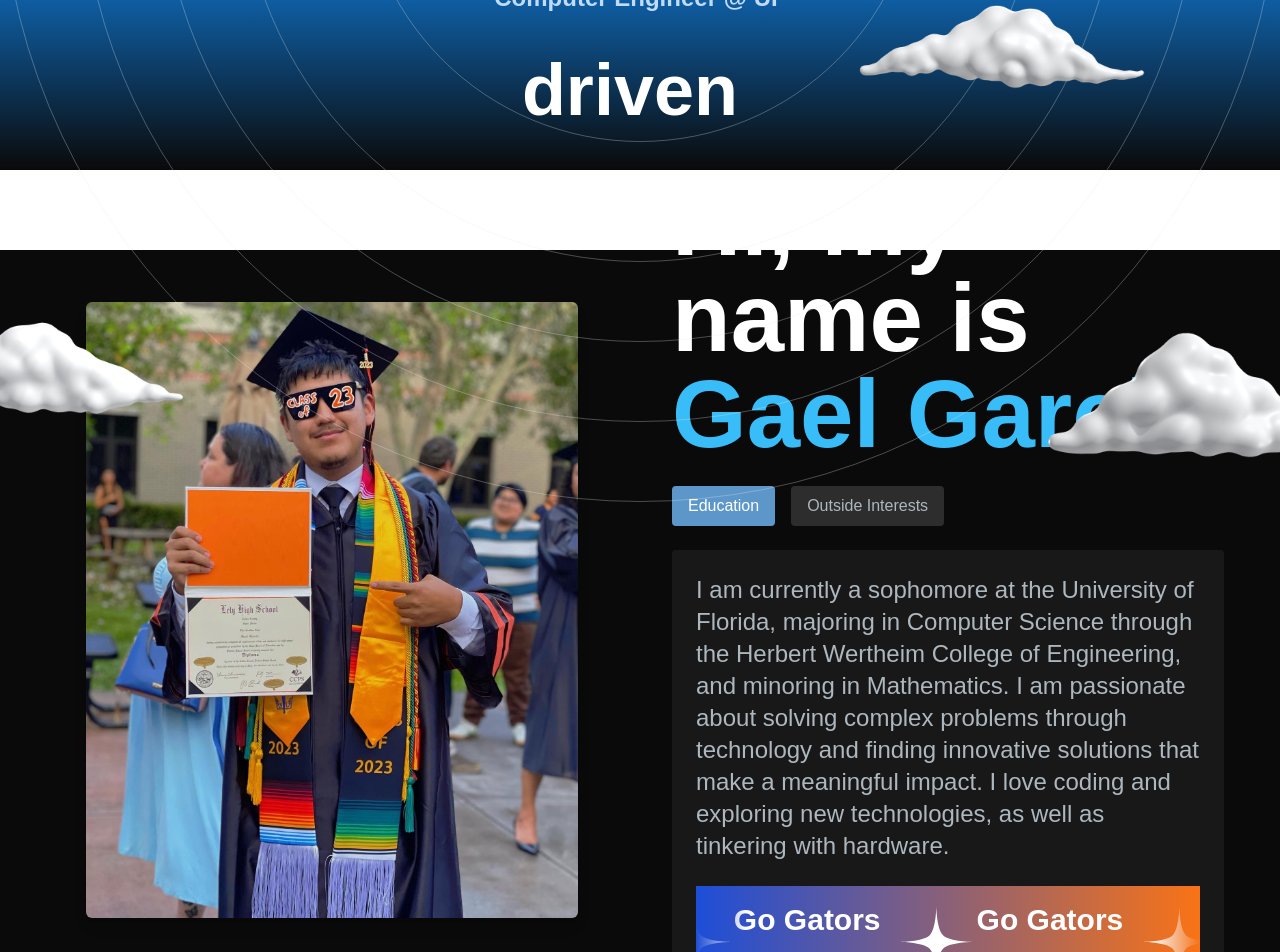
Repository: GG1627/2d-portfolio
Page: /
An editor plug-in stored every save of this project. The page is shown before and after the next save, followed by the edit.
The browser window is 1280 px wide. The pictures show the part of the page from y = 550 to 1502 px (the page is 5640 px tall).
The project was rebuilt for these pictures with package versions that can differ from the ones it lists, and the page was loaded fresh each time. The framework's server and built-in components were replaced by stand-ins that run in the browser. Also part of the build but not shown: next.config.ts.

Above is the page before, as saved 2025-01-08 13:05:28.

After the next save:
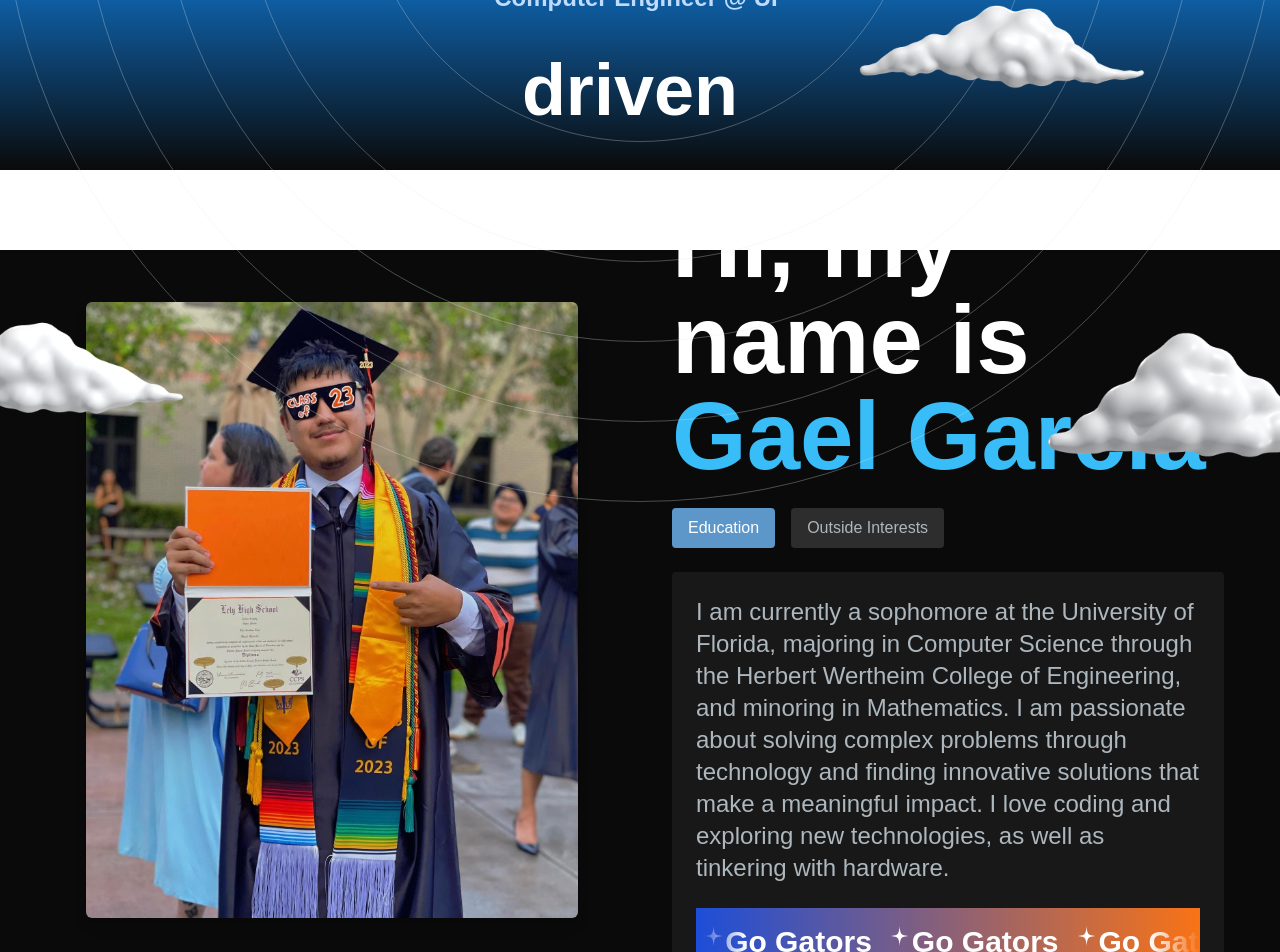
Saved 25 s later.
--- a/app/sections/About.tsx
+++ b/app/sections/About.tsx
@@ -100,7 +100,7 @@
                               >
                                 {text}
                               </span>
-                              <StarIcon className="size-20 text-white" />
+                              <StarIcon className="text-2xl text-white" />
                             </div>
                           ))}
                         </Fragment>
